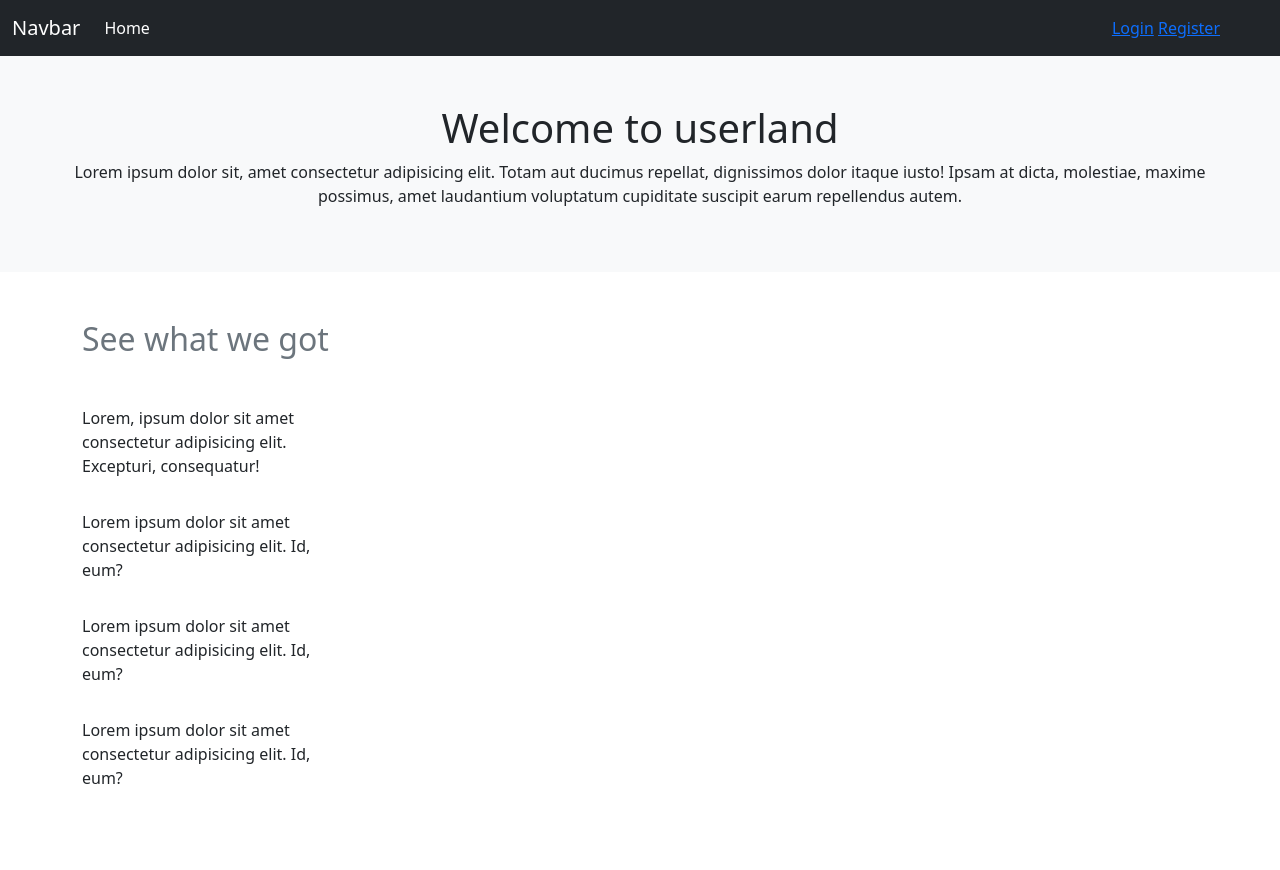
Repository: BrittleHeart/symfony-users--crud
Page: templates/home/home.html.twig
These files come from the project's save history. The page is drawn as it stood at one moment and after a run of saves; the edit follows.
The browser window is 1280 px wide. The pictures show the whole page.
The page is a Twig template of a Symfony application; nobody is signed in and links lead nowhere. The template is opened directly, without the code that normally fills it, so the values that code supplies are empty.

Above is the page before, as saved 2021-02-20 15:51:52.

### templates/home/home.html.twig
{% extends 'home.html.twig' %}

{% block body %}

	<header class="p-5 bg-light text-center">
		<h1 class="jumbotron-header">Welcome to userland</h1>
		<p class="jumbotron-description">Lorem ipsum dolor sit, amet consectetur adipisicing elit. Totam aut ducimus repellat, dignissimos dolor itaque iusto! Ipsam at dicta, molestiae, maxime possimus, amet laudantium voluptatum cupiditate suscipit earum repellendus autem.</p>
	</header>

	<main class="main my-5">
		<div class="container">
			<h2 class="text-muted">See what we got</h2>
			<div class="row mt-5">
				<div class="col-md-3">
                <p>
                                    Lorem, ipsum dolor sit amet consectetur adipisicing elit. Excepturi, consequatur!
                </p>
                <p>
                                    </div>
                </p>
				<div class="col-md-3">
                <p>
                                    Lorem ipsum dolor sit amet consectetur adipisicing elit. Id, eum?
                </p>
                <p>
                                    </div>
                </p>
				<div class="col-md-3">
                <p>
                                    Lorem ipsum dolor sit amet consectetur adipisicing elit. Id, eum?
                </p>
                <p>
                                    </div>
                </p>
				<div class="col-md-3">
                <p>
                                    Lorem ipsum dolor sit amet consectetur adipisicing elit. Id, eum?
                </p>
                <p>
                                    </div>
                </p>
			</div>
		</div>
	</main>

{% endblock %}

### templates/home.html.twig
<!DOCTYPE html>
<html>
	<head>
		<meta charset="UTF-8">
		<title>
			{% block title %}Users Crud - Overblitz
			{% endblock %}
		</title>
		{# Run `composer require symfony/webpack-encore-bundle`
		           and uncomment the following Encore helpers to start using Symfony UX #}
		{% block stylesheets %}
			<link href="https://cdn.jsdelivr.net/npm/bootstrap@5.0.0-beta2/dist/css/bootstrap.min.css" rel="stylesheet" integrity="sha384-BmbxuPwQa2lc/FVzBcNJ7UAyJxM6wuqIj61tLrc4wSX0szH/Ev+nYRRuWlolflfl" crossorigin="anonymous">
		{% endblock %}

		{% block javascripts %}
			{#{{ encore_entry_script_tags('app') }}#}
		{% endblock %}
	</head>
	<body>
		<nav class="navbar navbar-expand-lg navbar-dark bg-dark">
			<div class="container-fluid">
				<a class="navbar-brand" href="#">Navbar</a>
				<button class="navbar-toggler" type="button" data-bs-toggle="collapse" data-bs-target="#navbarSupportedContent" aria-controls="navbarSupportedContent" aria-expanded="false" aria-label="Toggle navigation">
					<span class="navbar-toggler-icon"></span>
				</button>
				<div class="collapse navbar-collapse" id="navbarSupportedContent">
					<ul class="navbar-nav me-auto mb-2 mb-lg-0">
						<li class="nav-item">
							<a class="nav-link active" aria-current="page" href="/">Home</a>
						</li>
					</ul>
					<div class="d-flex justify-content-between mx-5">
                        <a href="" class="mr-3">Login</a> &nbsp;
                        <a href="">Register</a>
                    </div>
				</div>
			</div>
		</nav>
		<div class="wrapper">
            {% block body %}{% endblock %}
		</div>
		</body>
	</html>

After the next 2 saves:
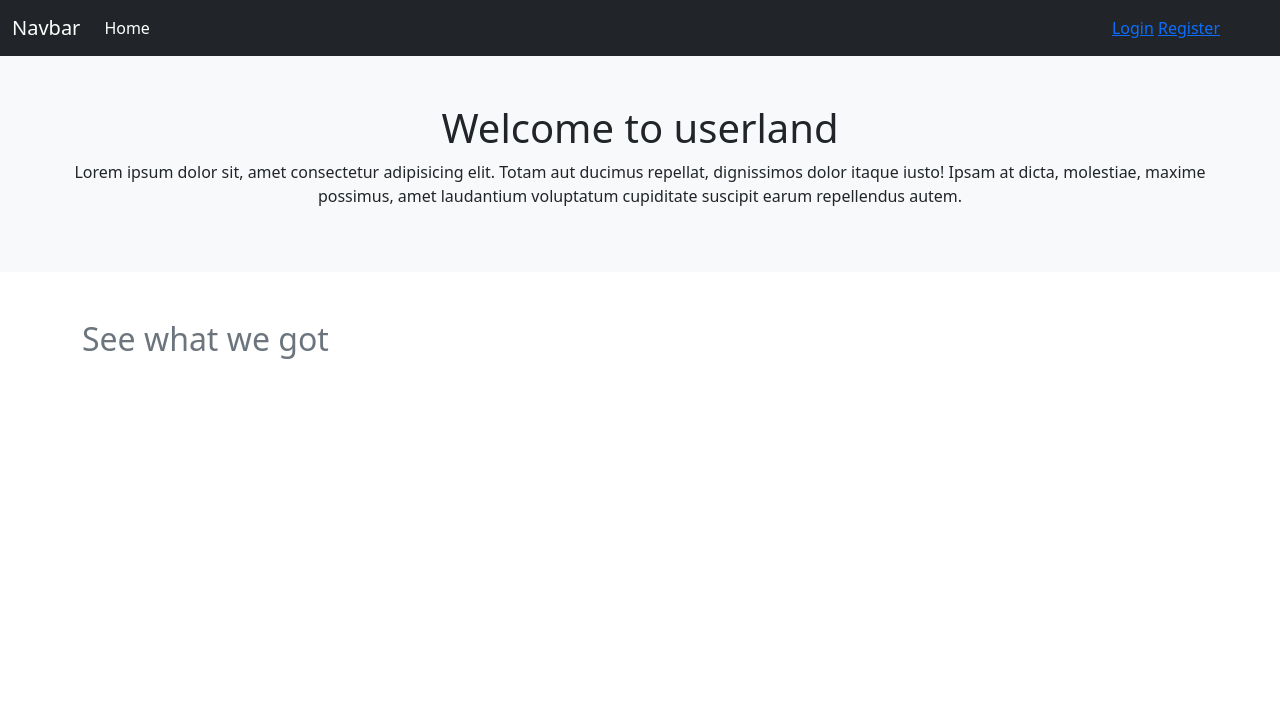
The 2 saves are shown as one change because they came seconds apart.
The last was saved 8 s later.
--- a/templates/home/home.html.twig
+++ b/templates/home/home.html.twig
@@ -13,31 +13,31 @@
 			<div class="row mt-5">
 				<div class="col-md-3">
                 <p>
-                                    Lorem, ipsum dolor sit amet consectetur adipisicing elit. Excepturi, consequatur!
+
                 </p>
                 <p>
-                                    </div>
+
                 </p>
 				<div class="col-md-3">
                 <p>
-                                    Lorem ipsum dolor sit amet consectetur adipisicing elit. Id, eum?
+
                 </p>
                 <p>
-                                    </div>
+
                 </p>
 				<div class="col-md-3">
                 <p>
-                                    Lorem ipsum dolor sit amet consectetur adipisicing elit. Id, eum?
+
                 </p>
                 <p>
-                                    </div>
+
                 </p>
 				<div class="col-md-3">
                 <p>
-                                    Lorem ipsum dolor sit amet consectetur adipisicing elit. Id, eum?
+
                 </p>
                 <p>
-                                    </div>
+
                 </p>
 			</div>
 		</div>
